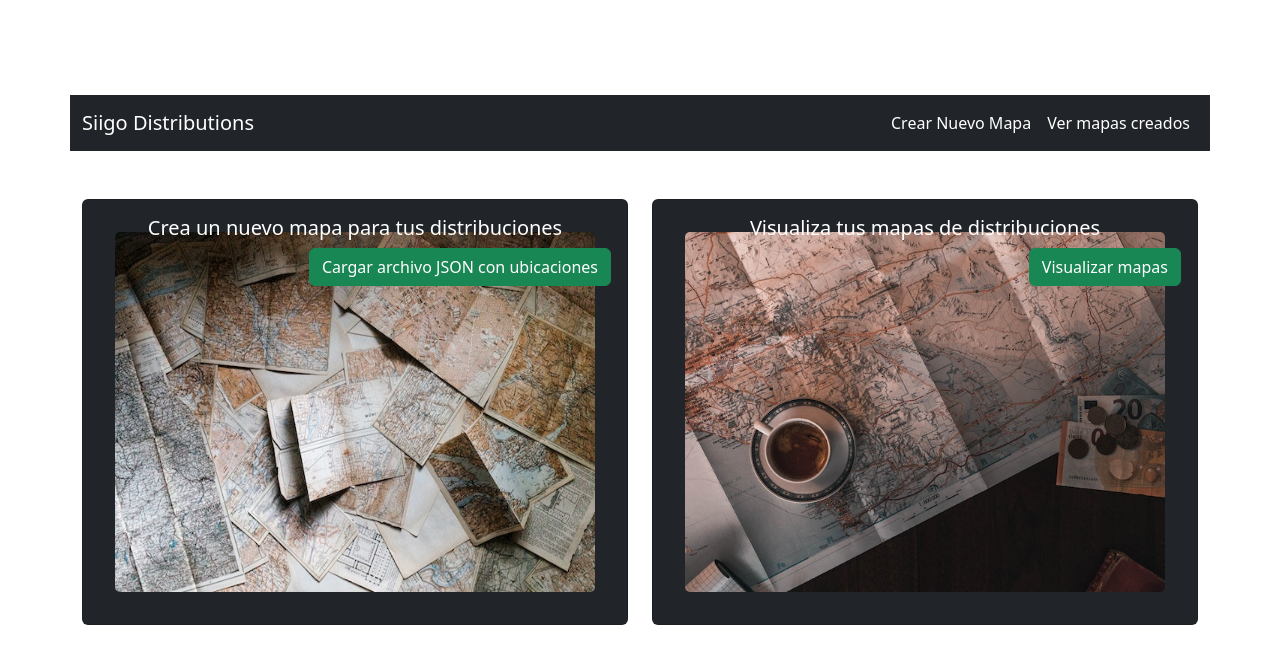
Repository: DevArthuro/Siigo-Distributions
Page: / (app in frontend/)
These files come from the project's save history. The page is drawn as it stood at one moment and after the next save; the edit follows.
The browser window is 1280 px wide. The pictures show the whole page.
The project was rebuilt for these pictures with package versions that can differ from the ones it lists, and the page was loaded fresh each time. Also part of the build but not shown: frontend/vite.config.js, frontend/src/stores/useGraphSpeccifictMap.js, frontend/src/components/TableToManageMap.vue, frontend/src/views/WhatchSpecifictMap.vue.

Above is the page before, as saved 2023-09-27 08:42:51.

After the next save:
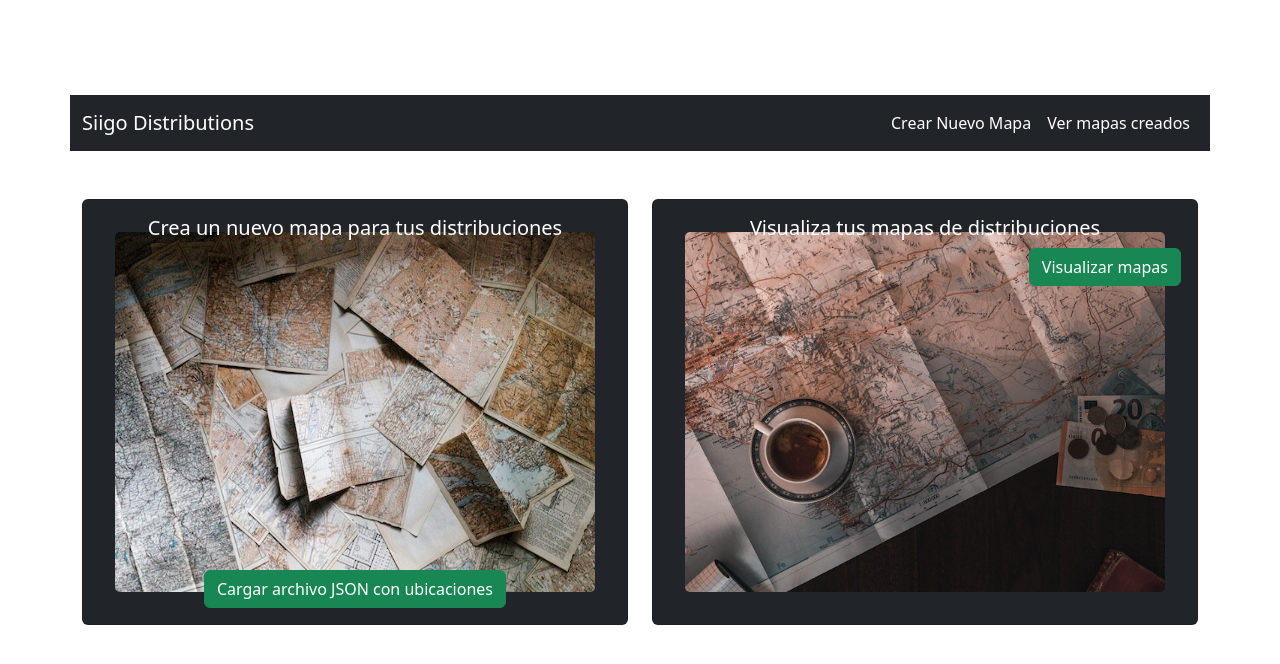
Saved 85 s later.
--- a/frontend/src/components/CardToCreateMap.vue
+++ b/frontend/src/components/CardToCreateMap.vue
@@ -2,12 +2,13 @@
     <div class="col-6">
         <div class="card bg-dark text-white">
             <img src="create_to_map.jpg" class="card-img" alt="create_to_map" height="360"/>
-            <div class="card-img-overlay">
-              <h5 class="card-title">Crea un nuevo mapa para tus distribuciones</h5>
-              <div class="text-end">
-                <button class="btn btn-success">Cargar archivo JSON con ubicaciones</button>
-              </div>
+            <div class="card-img-overlay d-flex flex-column">
+                <h5 class="card-title">Crea un nuevo mapa para tus distribuciones</h5>
+                <div class="mt-auto">
+                    <button class="btn btn-success">Cargar archivo JSON con ubicaciones</button>
+                </div>
             </div>
-          </div>
+        </div>
     </div>
+
 </template>
